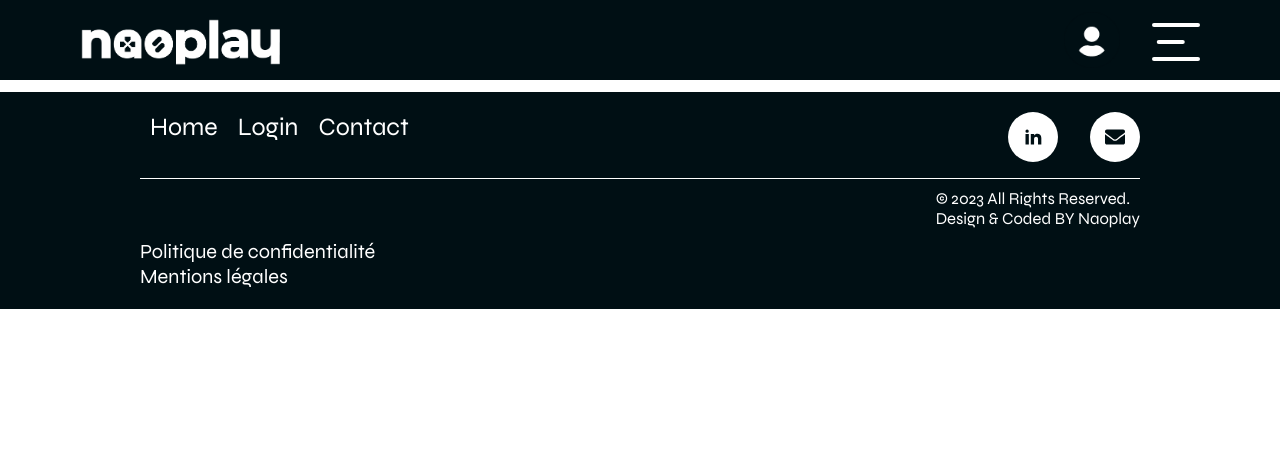
Repository: Hindsedrati/Naoplay
Page: /contact
The author's editor kept a copy of each file at every save. The page is drawn from the files as they stood at one save, then again after the next save.
The browser window is 1280 px wide. The pictures show the whole page.
The project was rebuilt for these pictures with package versions that can differ from the ones it lists, and the page was loaded fresh each time. Also part of the build but not shown: src/Pages/Contact/Contact.css, src/Pages/Login/index.jsx, src/Components/Const/index.jsx, src/Components/Partners/index.jsx, src/Components/Naoplay/index.jsx, src/Components/Api/index.jsx, src/Components/Digitalisation/index.jsx, src/Components/Gateway/index.jsx and 7 more.

Above is the page before, as saved 2023-05-10 11:22:24.

After the next save:
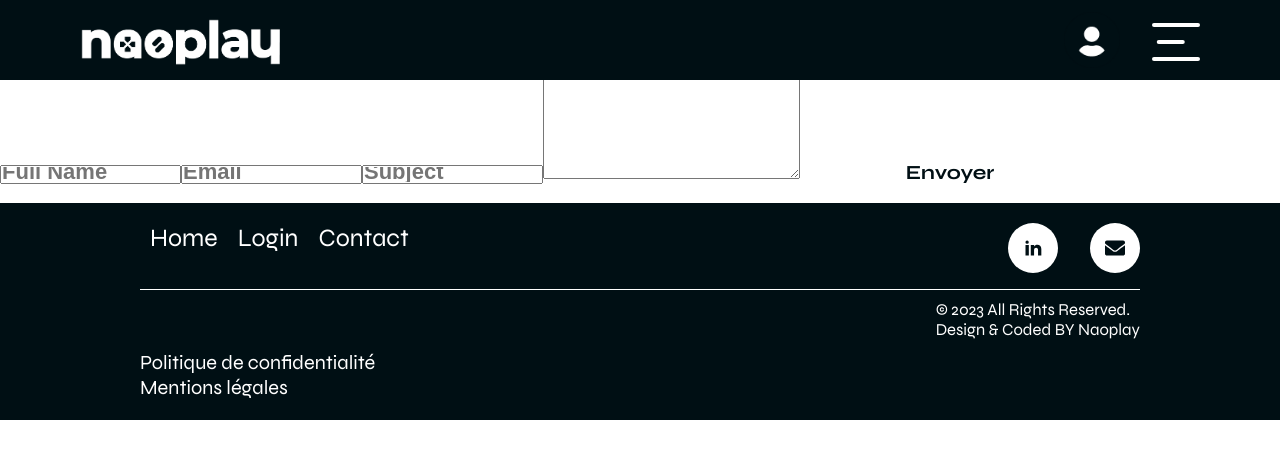
Saved 56 min 28 s later.
--- a/src/Pages/Contact/index.jsx
+++ b/src/Pages/Contact/index.jsx
@@ -1,39 +1,22 @@
-import './Contact.css'
-import React from "react";
-import emailjs from "emailjs-com";
+import React from 'react'
 
-function Contact() {
-  function sendEmail(e) {
-    e.preventDefault();
+function contact () {
+  return (
+    <section>
+        <div className="container">
+          <h2 className= "--text-center">Contactez-nous</h2>
+          <form className= "--formm-control --card" >
+              <input type="text" placeholder= 'Full Name' name= 'user_name' required/>
+              <input type="email" placeholder= 'Email' name= 'user_email' required/>
+              <input type="text" placeholder= 'Subject' name= 'subject' required/>
+              <textarea name="message" cols="30" rows="10"></textarea>
+              <button type= "submit" className= "--btn --btn-primary">Envoyer</button>
 
-    emailjs
-      .sendForm(
-        "service_44u8cjr",
-        "template_inhqe9s",
-        e.target,
-        "jY6fr33_qx03DtRyDDBOY",
-      )
-      .then(
-        (result) => {
-          console.log(result.text);
-        },
-        (error) => {
-          console.log(error.text);
-        }
-      );
-  }
 
-  return (
-    <form onSubmit={sendEmail}>
-      <label>Nom</label>
-      <input type="text" name="from_name" />
-      <label>Email</label>
-      <input type="email" name="reply_to" />
-      <label>Message</label>
-      <textarea name="message" />
-      <button type="submit">Envoyer</button>
-    </form>
-  );
+          </form>
+        </div>
+    </section>
+  )
 }
 
-export default Contact;
+export default contact;
